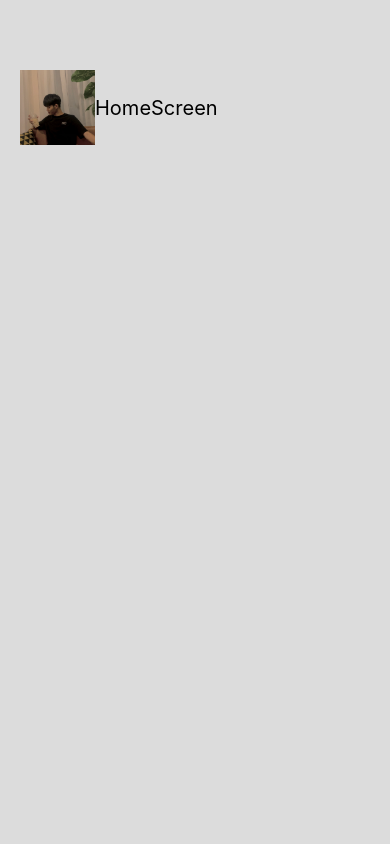
Repository: diepdung02/AppPTC
Screen: /Home
The author's editor kept a copy of each file at every save. The screen is drawn from the files as they stood at one save, then again after the next save.
The app was drawn by React Native's web renderer in a window 390 px wide. The project was rebuilt for these pictures with package versions that can differ from the ones it lists, and the page was loaded fresh each time.

Above is the screen before, as saved 2024-06-29 13:08:57.

After the next save:
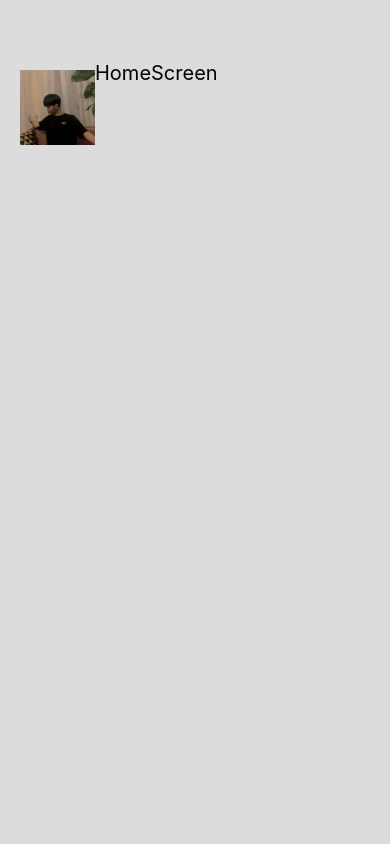
Saved 10 s later.
--- a/screen/home/HomeScreen.tsx
+++ b/screen/home/HomeScreen.tsx
@@ -30,7 +30,7 @@ const styles = StyleSheet.create({
   },
   txtInfor:{
     fontSize:20,
-    marginTop:70,
+    marginTop:0,
   }
 })
 
